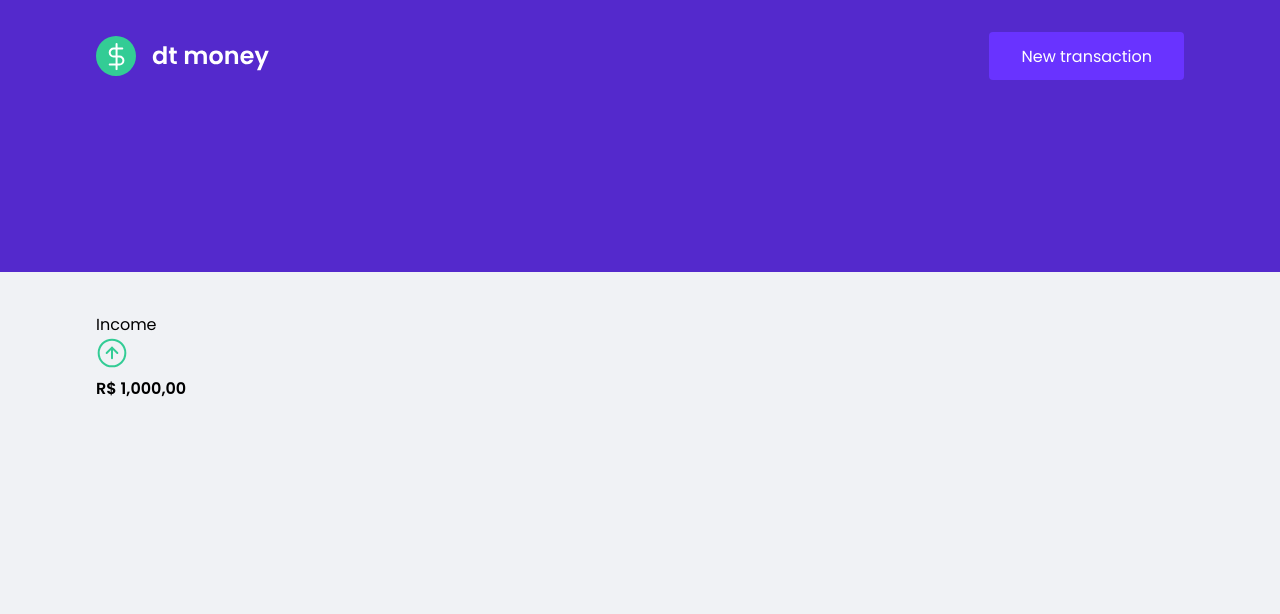
Repository: JoseGu1llardi/dtmoney
Page: /
These files come from the project's save history. The page is drawn as it stood at one moment and after the next save; the edit follows.
The browser window is 1280 px wide. The pictures show the whole page.
The project was rebuilt for these pictures with package versions that can differ from the ones it lists, and the page was loaded fresh each time.

Above is the page before, as saved 2022-12-30 14:16:10.

### public/index.html
<!DOCTYPE html>
<html lang="en">
  <head>
    <link rel="preconnect" href="https://fonts.googleapis.com" />
    <link rel="preconnect" href="https://fonts.gstatic.com" crossorigin />

    <meta charset="utf-8" />
    <meta name="viewport" content="width=device-width, initial-scale=1" />

    <link
      href="https://fonts.googleapis.com/css2?family=Poppins:wght@400;600&display=swap"
      rel="stylesheet"
    />

    <link rel="shortcut icon" href="favicon.png" type="image/png" />

    <title>Guillardi Money</title>
  </head>
  <body>
    <noscript>You need to enable JavaScript to run this app.</noscript>
    <div id="root"></div>
  </body>
</html>

### src/index.tsx
import { StrictMode } from 'react';
import { createRoot } from 'react-dom/client';
import { App } from './App';

const root = createRoot(
  document.getElementById('root') as HTMLElement
);
root.render(
  <StrictMode>
    <App />
  </StrictMode>
);

### src/App.tsx
import { Dashboard } from "./components/Dashboard";
import { Header } from "./components/Header";

import { GlobalStyle } from "./styles/global";

export function App() {
  return (
    <>
      <Header />
      <Dashboard />
      <GlobalStyle />
    </>
  );
}

### src/components/Dashboard/index.tsx
import { Summary } from "../Summary";

import { Container } from "./styles";


export function Dashboard() {
    return (
        <Container>
            <Summary />
        </Container>
    )
}

### src/components/Header/index.tsx
import logoImg from '../../assets/logo.svg'
import { Container, Content } from './styles'

export function Header() {
    return (
        <Container>
            <Content>
                <img src={logoImg} alt="Logo Guillardi Money" />
                <button>
                    New transaction
                </button>
            </Content>
        </Container>
    )
}

### src/styles/global.ts
import { createGlobalStyle } from "styled-components";

export const GlobalStyle = createGlobalStyle`
    :root {
        --background: #F0F2F5;
        --red: #e52e4d;
        --blue: #5429cc;
        --green: #33cc95;

        --blue-light: #6933ff;

        --text-title: #363f5f;
        --text-body: #969cb3;

        --background: #f0f2f5;
        --shape: #ffffff;
    }

    * {
        margin: 0;
        padding: 0;
        box-sizing: border-box;
    }

    html {
        @media (max-width: 1080px) {
            font-size: 93.75%;

        @media (max-width: 720px) {
            font-size: 87.5%;
        }
    }

    }

    body {
        background: var(--background);
        -webkit-font-smoothing: antialiased;
    }

    body, input, textarea, button {
        font-family: 'Poppins', sans-serif;
        font-weight: 400;
    }

    h1, h2, h3, h4, h5, h6, strong {
        font-weight: 600;
    }

    button {
        cursor: pointer;
    }

    [disabled] {
        opacity: 0.6;
        cursor: not-allowed;
    }
`;

### src/components/Summary/index.tsx
import { Container } from './styles';

import incomeImg from '../../assets/income.svg';

export function Summary() {
    return (
        <Container>
            <div>
                <header>
                    <p>Income</p>
                    <img src={incomeImg} alt="Logo income" />
                </header>
                <strong>R$ 1,000,00</strong>
            </div>
        </Container>
    )
}

### src/components/Header/styles.ts
import styled from "styled-components";

export const Container = styled.header`
  background: var(--blue);
`;

export const Content = styled.div`
  max-width: 1120px;
  margin: 0 auto;

  padding: 2rem 1rem 12rem;
  display: flex;
  align-items: center;
  justify-content: space-between;

  button {
    font-size: 1rem;
    color: white;
    background: var(--blue-light);
    border: 0;
    padding: 0 2rem;
    border-radius: 0.25rem;
    height: 3rem;

    transition: filter 0.2s;

    &:hover {
      filter: brightness(0.9);
    }
  }
`;

Loaded but not shown: src/components/Dashboard/styles.ts (common file); src/components/Summary/styles.ts (common file)

After the next save:
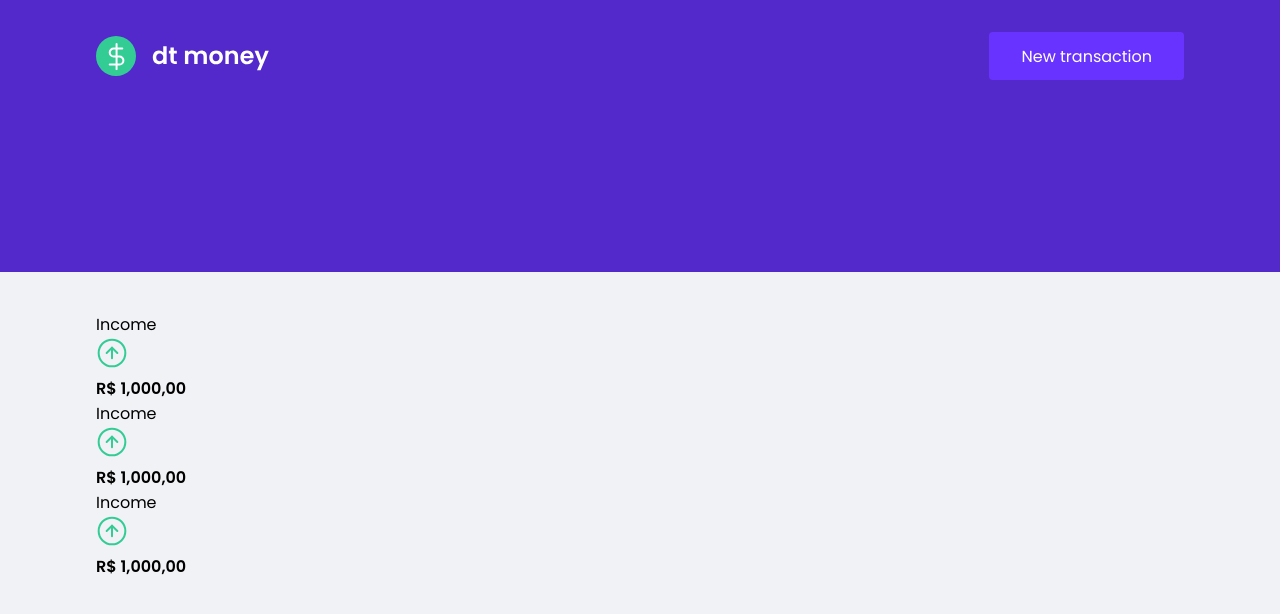
Saved 44 s later.
--- a/src/components/Summary/index.tsx
+++ b/src/components/Summary/index.tsx
@@ -12,6 +12,22 @@ export function Summary() {
                 </header>
                 <strong>R$ 1,000,00</strong>
             </div>
+
+            <div>
+                <header>
+                    <p>Income</p>
+                    <img src={incomeImg} alt="Logo income" />
+                </header>
+                <strong>R$ 1,000,00</strong>
+            </div>
+
+            <div>
+                <header>
+                    <p>Income</p>
+                    <img src={incomeImg} alt="Logo income" />
+                </header>
+                <strong>R$ 1,000,00</strong>
+            </div>
         </Container>
     )
 }
